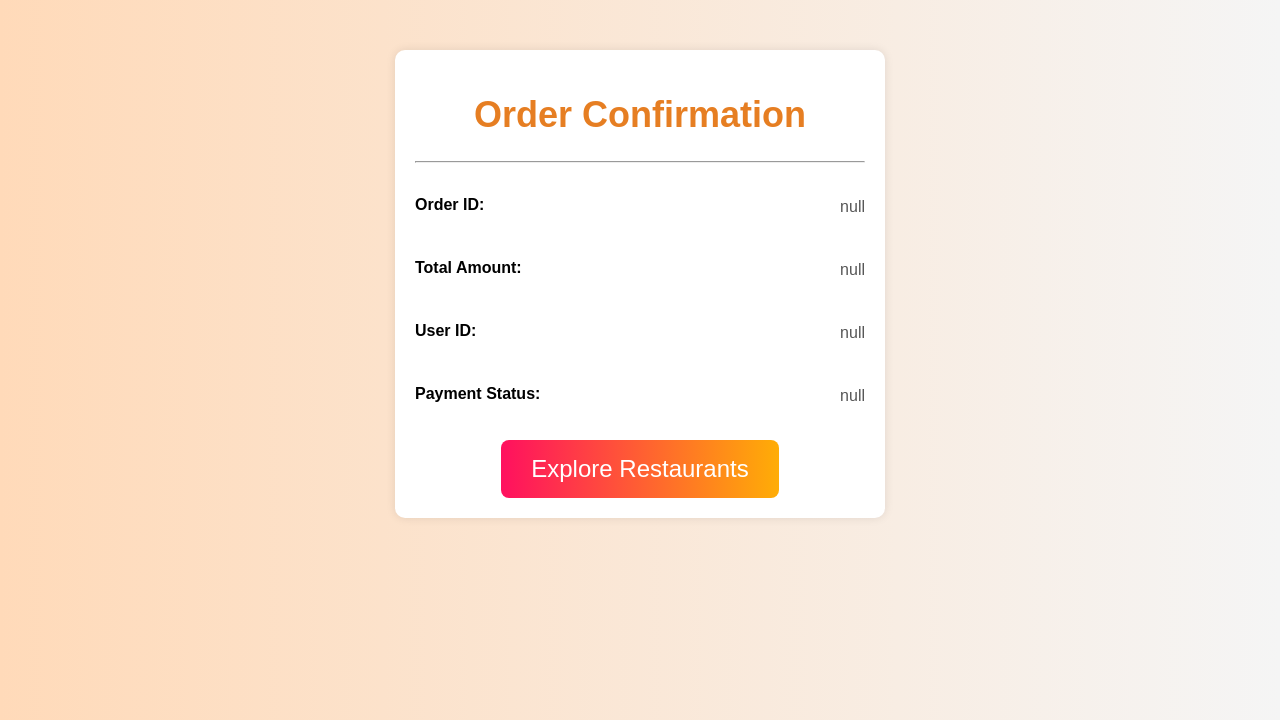
Repository: SWATHIBHUMA/FoodDelivaryApp
Page: http://localhost/FoodDelivaryApp/orderConfirmation.jsp
The author's editor kept a copy of each file at every save. The page is drawn from the files as they stood at one save, then again after the next save.
The browser window is 1280 px wide. The pictures show the whole page.
The page is served by Tomcat 9.

Above is the page before, as saved 2024-01-16 07:38:21.

After the next save:
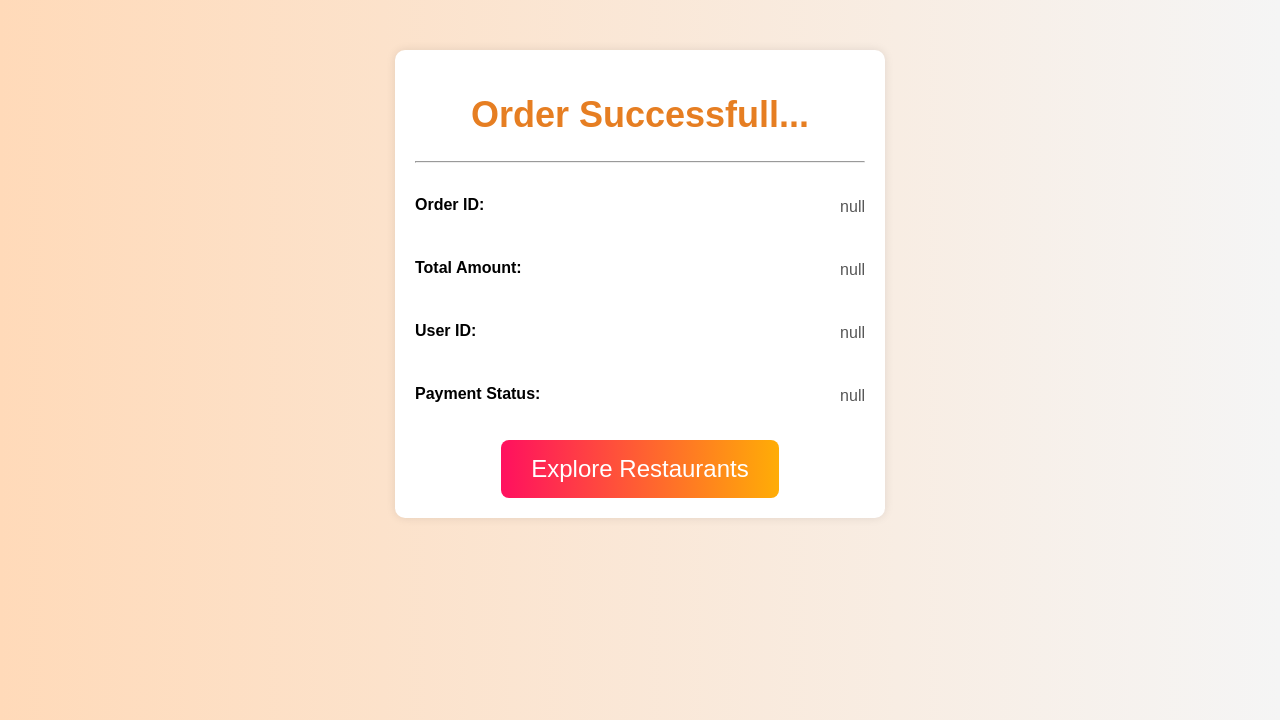
Saved 20 s later.
--- a/FoodDelivaryApp/src/main/webapp/orderConfirmation.jsp
+++ b/FoodDelivaryApp/src/main/webapp/orderConfirmation.jsp
@@ -134,7 +134,7 @@
 </head>
 <body>
     <div class="container">
-        <h1>Order Confirmation</h1>
+        <h1>Order Successfull...</h1>
 		<hr>
         <div class="form-group">
             <label class="form-label">Order ID:</label>
